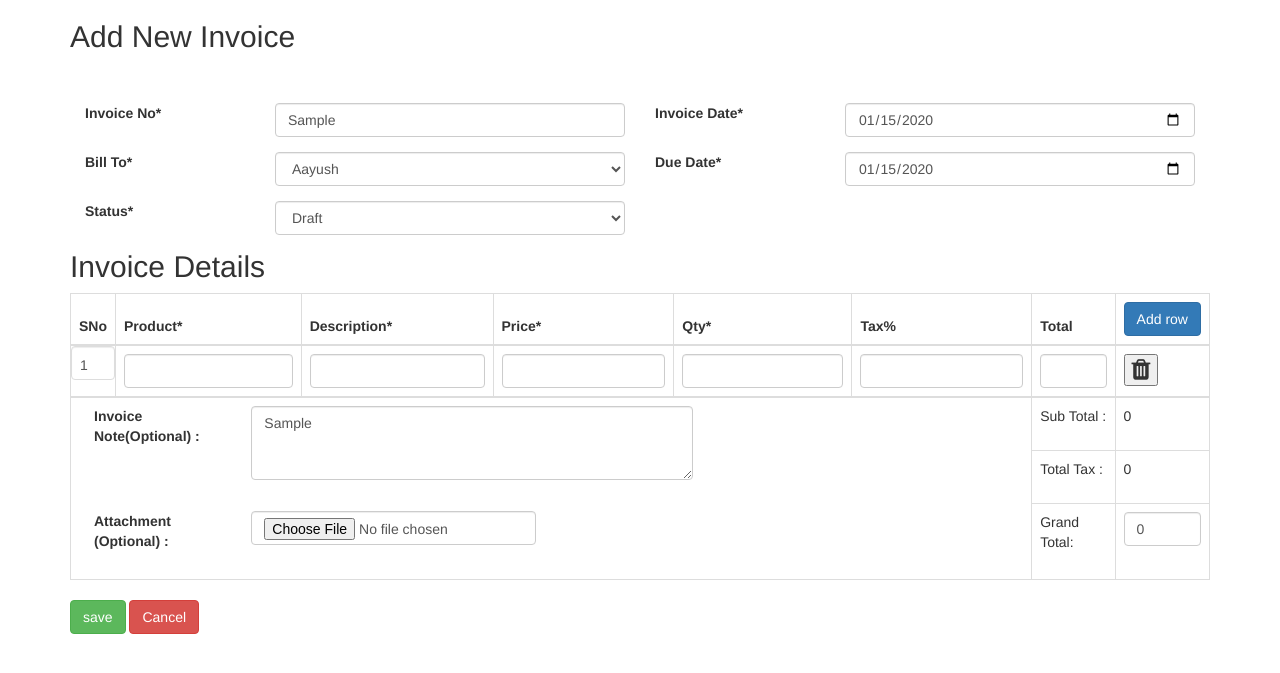
Repository: Aayush13013/Invoice_Management_app
Page: http://localhost/invoiceInfo/WEB-INF/jsp/new_invoiceInfo.jsp
These files come from the project's save history. The page is drawn as it stood at one moment and after the next save; the edit follows.
The browser window is 1280 px wide. The pictures show the whole page.
Empty fields were first filled with sample values (such as "Sample", 5 or name@example.com).
After loading, the first visible `input.btn` was clicked once.
The page is served by Tomcat 9. Nobody is signed in. Other server files are loaded and not shown. The template is opened directly, without the code that normally fills it, so the values that code supplies are empty.

Above is the page before, as saved 2021-12-28 08:12:39.

### invoiceInfo/invoiceInfo/src/main/webapp/WEB-INF/jsp/new_invoiceInfo.jsp
<%@ page language="java" contentType="text/html; charset=ISO-8859-1"
	pageEncoding="ISO-8859-1"%>
<%@ taglib prefix="form" uri="http://www.springframework.org/tags/form"%>
<%@ taglib prefix="c" uri="http://java.sun.com/jsp/jstl/core"%>


<!DOCTYPE html>
<html>

<head>
<meta charset="ISO-8859-1">
<title>Add New Invoice</title>

<link rel="stylesheet"
	href="https://maxcdn.bootstrapcdn.com/bootstrap/3.4.1/css/bootstrap.min.css">
	    <link rel="stylesheet" href="https://cdnjs.cloudflare.com/ajax/libs/font-awesome/4.7.0/css/font-awesome.min.css">




</head>

<body>
	<script>
	 function addRows() {
         var table = document.getElementById("myTable");

         var counts = (table.rows.length) ;
         var temp=counts+1;

         var row = table.insertRow(counts).outerHTML = "<tr id='row" + counts + "'> " +

             "<td class='form-control serial'></td> " +
             "<td  ><input type='text' name='listOfProducts[" + counts + "].productName' class='form-control' ></td> " +
             "<td  ><input type='text' name='listOfProducts[" + counts + "].description' class='form-control' ></td> " +
             "<td  ><input type='text' name='listOfProducts[" + counts + "].price' class='form-control price' ></td> " +
             "<td  ><input type='text' name='listOfProducts[" + counts + "].qty' class='form-control qty' ></td> " +
             "<td  ><input type='text' name='listOfProducts[" + counts + "].taxPercent' class='form-control tax' ></td> " +
             "<td  ><span  type='text' name='listOfProducts[" + counts + "].total'  class='form-control total' ></span></td> " +

             "<td><button onclick=deleteRow(this)><i class='fa fa-trash' style='font-size:24px' ></i></button></td> " +
             "</tr>";
             serialize();

     }

	 function deleteRow(e){
		 e.parentNode.parentNode.parentNode.removeChild(e.parentNode.parentNode);
		 serialize();
		 calculation();
	 }

	 function serialize(){
		 const list = document.querySelectorAll(".serial");
		 list.forEach((ele,idx)=>{
			 ele.innerHTML=idx+1;
		 })
	 }

	 var price = document.querySelectorAll(".price");
	 var qty = document.querySelectorAll(".qty")
	 var tax = document.querySelectorAll(".tax")
	 var total = document.querySelectorAll(".total")
	 var calcTax = [];
	 var totalTax = document.getElementById("totalTax");
	 var subTotal = document.getElementById("subTotal");
	 var grandTotal = document.getElementById("grandTotal");
	 function calculation(){
		 for(let i=0;i<price.length;i++){
			 total[i].innerHTML=price[i]*qty[i];
			 calcTax[i]=price[i]*tax[i]/100;
		 }
		 totalTax.innerHTML= calcTax.reduce((a,c)=> {return a+c},0);
		 subTotal.innerHTML= total.reduce((a,c)=> {return a+c},0);
		 grandTotal.innerTML=calcTax.reduce((a,c)=> {return a+c},0)+ total.reduce((a,c)=> {return a+c},0);


	 }

	</script>
	<div class="container">

		<h2>Add New Invoice</h2>
		<br>



		<form:form action="/saveInvoice" modelAttribute="invoiceInfo"
			method="POST">
			<form:hidden path="id" placeholder="id" class="form-control " />
			<div class="form-row">
				<div class="form-group col-md-2">
					<label>Invoice No*</label>
				</div>
				<div class="form-group col-md-4">
					<form:input type="text" path="invoiceNo" placeholder="invoiceNo"
						required="required" class="form-control" />
				</div>
				<div class="form-group col-md-2">
					<label>Invoice Date*</label>

				</div>
				<div class="form-group col-md-4">
					<form:input type="date" path="invoiceDate"
						placeholder="invoiceDate" class="form-control " />
				</div>
			</div>
			<div class="form-row">
				<div class="form-group col-md-2">
					<label>Bill To*</label>

				</div>
				<div class="form-group col-md-4">
					<form:select path="billTo" class="form-control" required="required">
						<optgroup label="Select_Customer">
							<form:option value="Aayush"></form:option>
							<form:option value="Shridhar"></form:option>
							<form:option value="Suneel"></form:option>
							<form:option value="Lekhana"></form:option>
						</optgroup>
					</form:select>
				</div>
				<div class="form-group col-md-2">
					<label>Due Date*</label>

				</div>

				<div class="form-group col-md-4">
					<form:input type="date" path="dueDate" placeholder="dueDate"
						class="form-control " />
				</div>
			</div>
			<div class="form-row">
				<div class="form-group col-md-2">
					<label>Status*</label>

				</div>
				<div class="form-group col-md-4">
					<form:select path="status" class="form-control">
						<optgroup label="Select_Status">
							<form:option value="Draft"></form:option>
							<form:option value="Sent"></form:option>
							<form:option value="Paid"></form:option>
						</optgroup>
					</form:select>
				</div>
				<div class="form-group col-md-2">
					<label hidden>** :</label>
				</div>
				<div class="form-group col-md-4">
					<input type="text" class="form-control" style="visibility: hidden;">
				</div>
			</div>


			<div class="form-row">
				<h2>Invoice Details</h2>

				<table class="table table-bordered">
					<thead>
						<tr>
							<th>SNo</th>
							<th>Product*</th>
							<th>Description*</th>
							<th>Price*</th>
							<th>Qty*</th>
							<th>Tax%</th>
							<th>Total</th>
							<th><input type="button" value="Add row"
								class="btn btn-primary" onclick="addRows('myTable')" /></th>
						</tr>

					</thead>
					<tbody id="myTable">

					</tbody>
					<tr>
						<td colspan="6" rowspan="2">
							<div class="form-group  col-md-2">
								<label>Invoice Note(Optional) :</label>
							</div>
							<div class="form-group   col-md-6">
								<textarea class="form-control rounded-0" name="invoiceNote"
									id="invoiceNote" rows="3" maxlength="1000"
									placeholder="Invoice Note"></textarea>
							</div>
						</td>
						<td>Sub Total :</td>
						<td><span path="subTotal" name="subTotal" id="subTotal">0</span></td>
					</tr>
					<tr>
						<td>Total Tax :</td>
						<td><span path="totalTax" name="totalTax" id="totalTax">0</span></td>
					</tr>
					<tr>
						<td colspan="6" style="border-top: hidden">
							<div class="form-group  col-md-2">
								<label>Attachment (Optional) :</label>
							</div>
							<div class="form-group col-md-4">
								<input type="file" name="file" path="file"
									placeholder="Attachment" id="file" class="form-control">
							</div>
						</td>
						<td>Grand Total:</td>
						<td><span type="text" path="grandTotal" name="grandTotal"
							id="grandTotal" class="form-control col-4 mb-4" />0</span></td>
					</tr>

				</table>
			</div>

			<input type="submit" value="save" class="btn btn-success" />
			<button type="clear" class="btn btn-danger">Cancel</button>
		</form:form>
	</div>
</body>

</html>

After the next save:
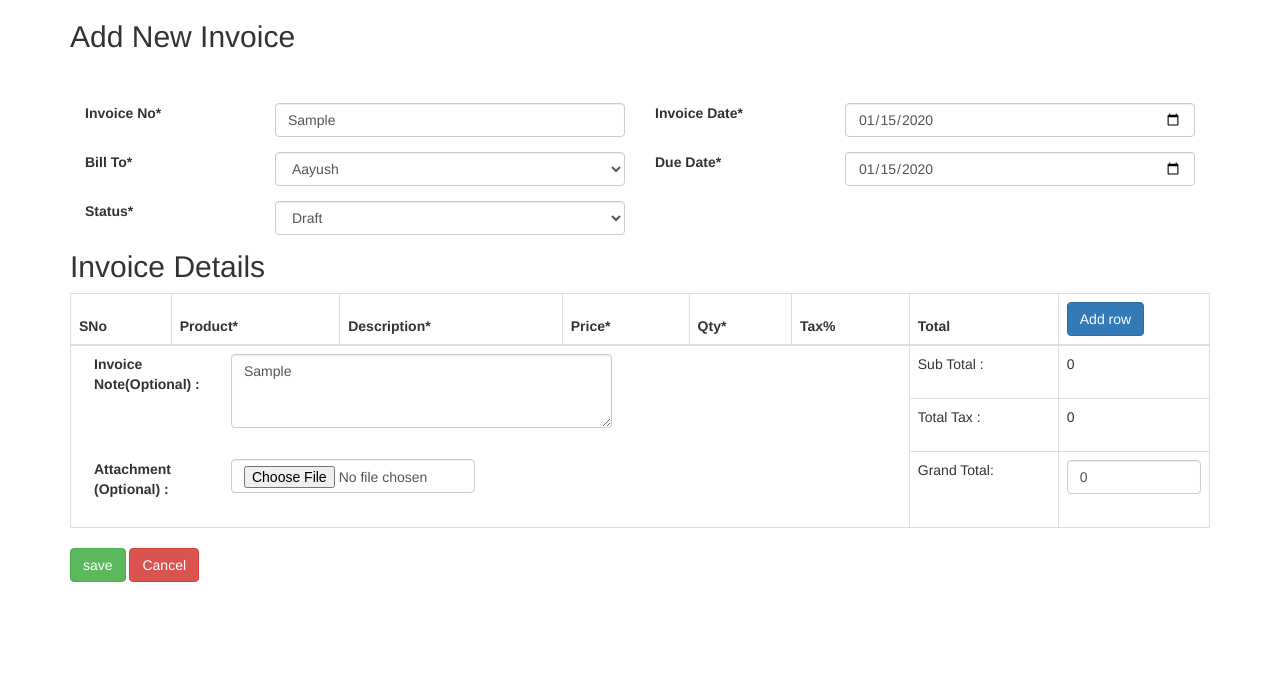
Console error: ReferenceError: addRows is not defined
Saved 8 s later.
--- a/invoiceInfo/invoiceInfo/src/main/webapp/WEB-INF/jsp/new_invoiceInfo.jsp
+++ b/invoiceInfo/invoiceInfo/src/main/webapp/WEB-INF/jsp/new_invoiceInfo.jsp
@@ -21,63 +21,7 @@
 </head>
 
 <body>
-	<script>
-	 function addRows() {
-         var table = document.getElementById("myTable");
 
-         var counts = (table.rows.length) ;
-         var temp=counts+1;
-
-         var row = table.insertRow(counts).outerHTML = "<tr id='row" + counts + "'> " +
-
-             "<td class='form-control serial'></td> " +
-             "<td  ><input type='text' name='listOfProducts[" + counts + "].productName' class='form-control' ></td> " +
-             "<td  ><input type='text' name='listOfProducts[" + counts + "].description' class='form-control' ></td> " +
-             "<td  ><input type='text' name='listOfProducts[" + counts + "].price' class='form-control price' ></td> " +
-             "<td  ><input type='text' name='listOfProducts[" + counts + "].qty' class='form-control qty' ></td> " +
-             "<td  ><input type='text' name='listOfProducts[" + counts + "].taxPercent' class='form-control tax' ></td> " +
-             "<td  ><span  type='text' name='listOfProducts[" + counts + "].total'  class='form-control total' ></span></td> " +
-
-             "<td><button onclick=deleteRow(this)><i class='fa fa-trash' style='font-size:24px' ></i></button></td> " +
-             "</tr>";
-             serialize();
-
-     }
-
-	 function deleteRow(e){
-		 e.parentNode.parentNode.parentNode.removeChild(e.parentNode.parentNode);
-		 serialize();
-		 calculation();
-	 }
-
-	 function serialize(){
-		 const list = document.querySelectorAll(".serial");
-		 list.forEach((ele,idx)=>{
-			 ele.innerHTML=idx+1;
-		 })
-	 }
-
-	 var price = document.querySelectorAll(".price");
-	 var qty = document.querySelectorAll(".qty")
-	 var tax = document.querySelectorAll(".tax")
-	 var total = document.querySelectorAll(".total")
-	 var calcTax = [];
-	 var totalTax = document.getElementById("totalTax");
-	 var subTotal = document.getElementById("subTotal");
-	 var grandTotal = document.getElementById("grandTotal");
-	 function calculation(){
-		 for(let i=0;i<price.length;i++){
-			 total[i].innerHTML=price[i]*qty[i];
-			 calcTax[i]=price[i]*tax[i]/100;
-		 }
-		 totalTax.innerHTML= calcTax.reduce((a,c)=> {return a+c},0);
-		 subTotal.innerHTML= total.reduce((a,c)=> {return a+c},0);
-		 grandTotal.innerTML=calcTax.reduce((a,c)=> {return a+c},0)+ total.reduce((a,c)=> {return a+c},0);
-
-
-	 }
-
-	</script>
 	<div class="container">
 
 		<h2>Add New Invoice</h2>

After the 2 saves that followed:
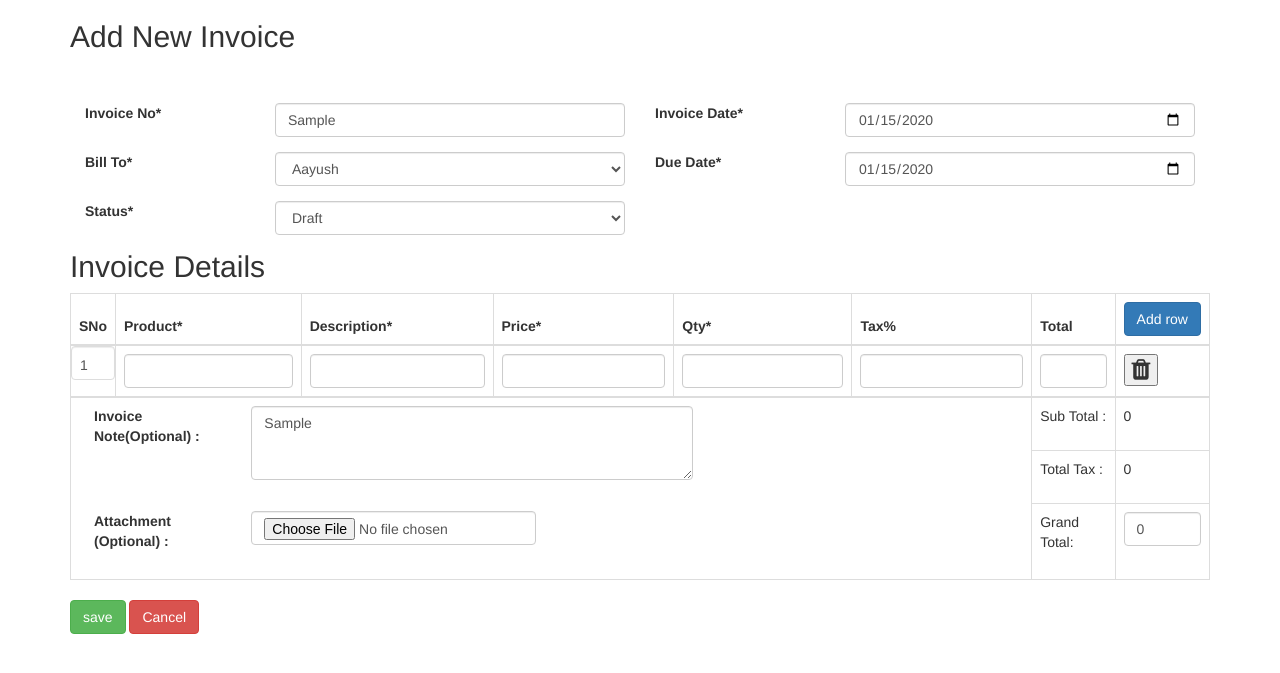
The error is gone.
The 2 saves are shown as one change because they came seconds apart.
The last was saved 9 s later.
--- a/invoiceInfo/invoiceInfo/src/main/webapp/WEB-INF/jsp/new_invoiceInfo.jsp
+++ b/invoiceInfo/invoiceInfo/src/main/webapp/WEB-INF/jsp/new_invoiceInfo.jsp
@@ -158,6 +158,63 @@
 			<button type="clear" class="btn btn-danger">Cancel</button>
 		</form:form>
 	</div>
+		<script>
+	 function addRows() {
+         var table = document.getElementById("myTable");
+
+         var counts = (table.rows.length) ;
+         var temp=counts+1;
+
+         var row = table.insertRow(counts).outerHTML = "<tr id='row" + counts + "'> " +
+
+             "<td class='form-control serial'></td> " +
+             "<td  ><input type='text' name='listOfProducts[" + counts + "].productName' class='form-control' ></td> " +
+             "<td  ><input type='text' name='listOfProducts[" + counts + "].description' class='form-control' ></td> " +
+             "<td  ><input type='text' name='listOfProducts[" + counts + "].price' class='form-control price' ></td> " +
+             "<td  ><input type='text' name='listOfProducts[" + counts + "].qty' class='form-control qty' ></td> " +
+             "<td  ><input type='text' name='listOfProducts[" + counts + "].taxPercent' class='form-control tax' ></td> " +
+             "<td  ><span  type='text' name='listOfProducts[" + counts + "].total'  class='form-control total' ></span></td> " +
+
+             "<td><button onclick=deleteRow(this)><i class='fa fa-trash' style='font-size:24px' ></i></button></td> " +
+             "</tr>";
+             serialize();
+
+     }
+
+	 function deleteRow(e){
+		 e.parentNode.parentNode.parentNode.removeChild(e.parentNode.parentNode);
+		 serialize();
+		 calculation();
+	 }
+
+	 function serialize(){
+		 const list = document.querySelectorAll(".serial");
+		 list.forEach((ele,idx)=>{
+			 ele.innerHTML=idx+1;
+		 })
+	 }
+
+	 var price = document.querySelectorAll(".price");
+	 var qty = document.querySelectorAll(".qty")
+	 var tax = document.querySelectorAll(".tax")
+	 var total = document.querySelectorAll(".total")
+	 var calcTax = [];
+	 var totalTax = document.getElementById("totalTax");
+	 var subTotal = document.getElementById("subTotal");
+	 var grandTotal = document.getElementById("grandTotal");
+	 function calculation(){
+		 for(let i=0;i<price.length;i++){
+			 total[i].innerHTML=price[i]*qty[i];
+			 calcTax[i]=price[i]*tax[i]/100;
+		 }
+		 totalTax.innerHTML= calcTax.reduce((a,c)=> {return a+c},0);
+		 subTotal.innerHTML= total.reduce((a,c)=> {return a+c},0);
+		 grandTotal.innerTML=calcTax.reduce((a,c)=> {return a+c},0)+ total.reduce((a,c)=> {return a+c},0);
+
+
+	 }
+
+	</script>
 </body>
 
 </html>
